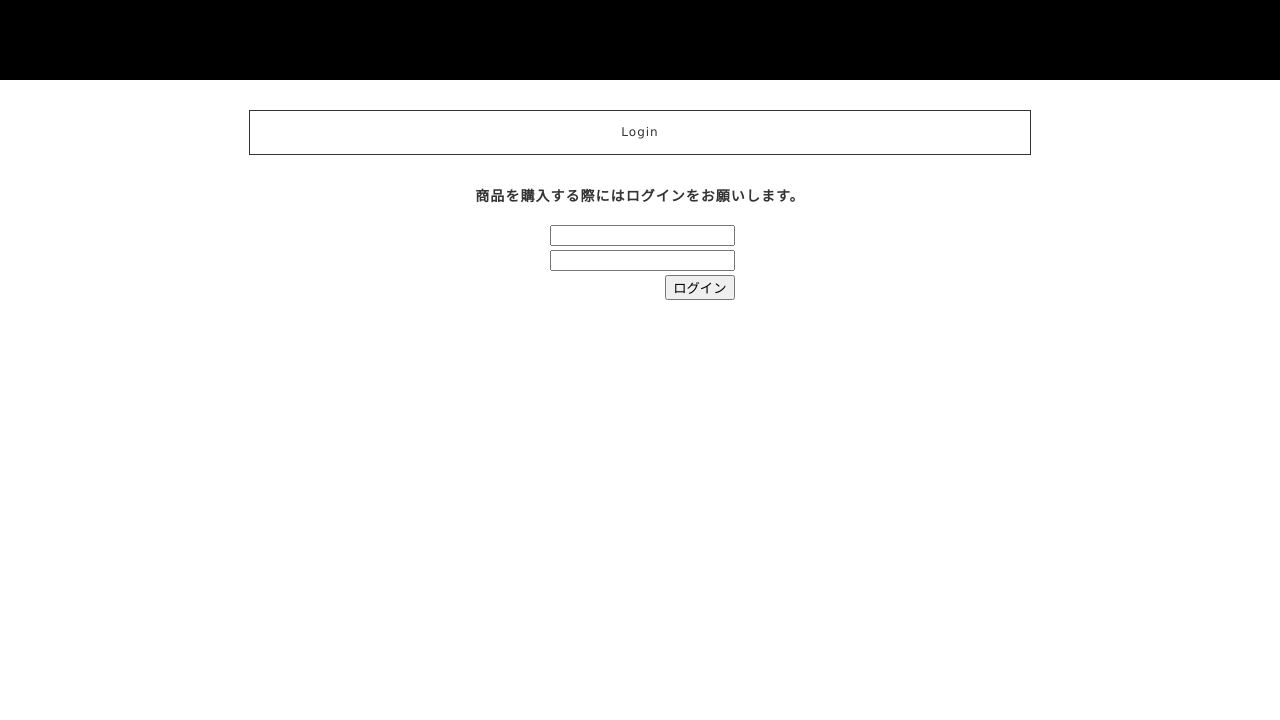
Repository: rt-1217/j2
Page: http://localhost/ecsite/login.jsp
These files come from the project's save history. The page is drawn as it stood at one moment and after the next save; the edit follows.
The browser window is 1280 px wide. The pictures show the whole page.
The page is served by Tomcat 9.

Above is the page before, as saved 2018-05-08 04:48:16.

After the next save:
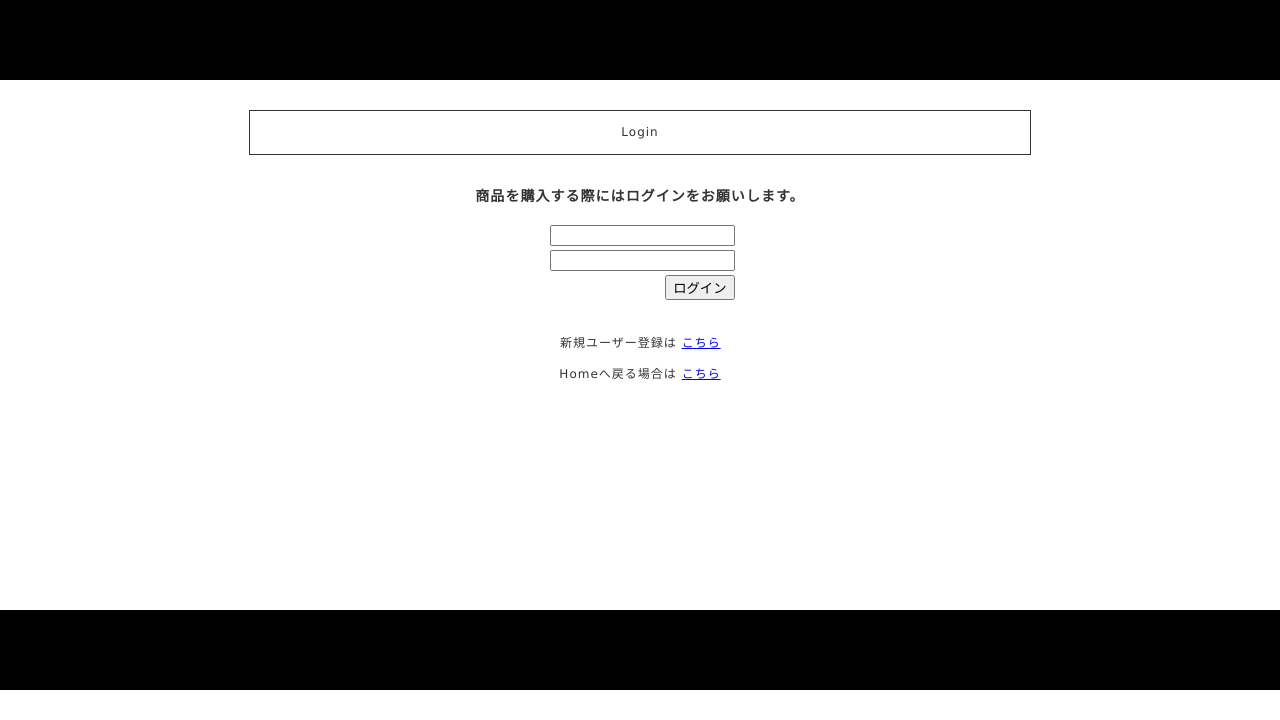
Saved 2 min 26 s later.
--- a/ecsite/WebContent/login.jsp
+++ b/ecsite/WebContent/login.jsp
@@ -75,9 +75,21 @@
 <s:submit value ="ログイン"/>
 </s:form>
 <br/>
+<div id="text-link">
+<p>新規ユーザー登録は
+<a href='<s:url action="UserCreateAction"/>'>こちら</a></p>
+<p>Homeへ戻る場合は
+<a href='<s:url action="GoHomeAction"/>'>こちら</a></p>
 </div>
 
 
+</div>
+
+
+</div>
+<div id ="footer">
+<div id ="pr">
+</div>
 </div>
 
 
